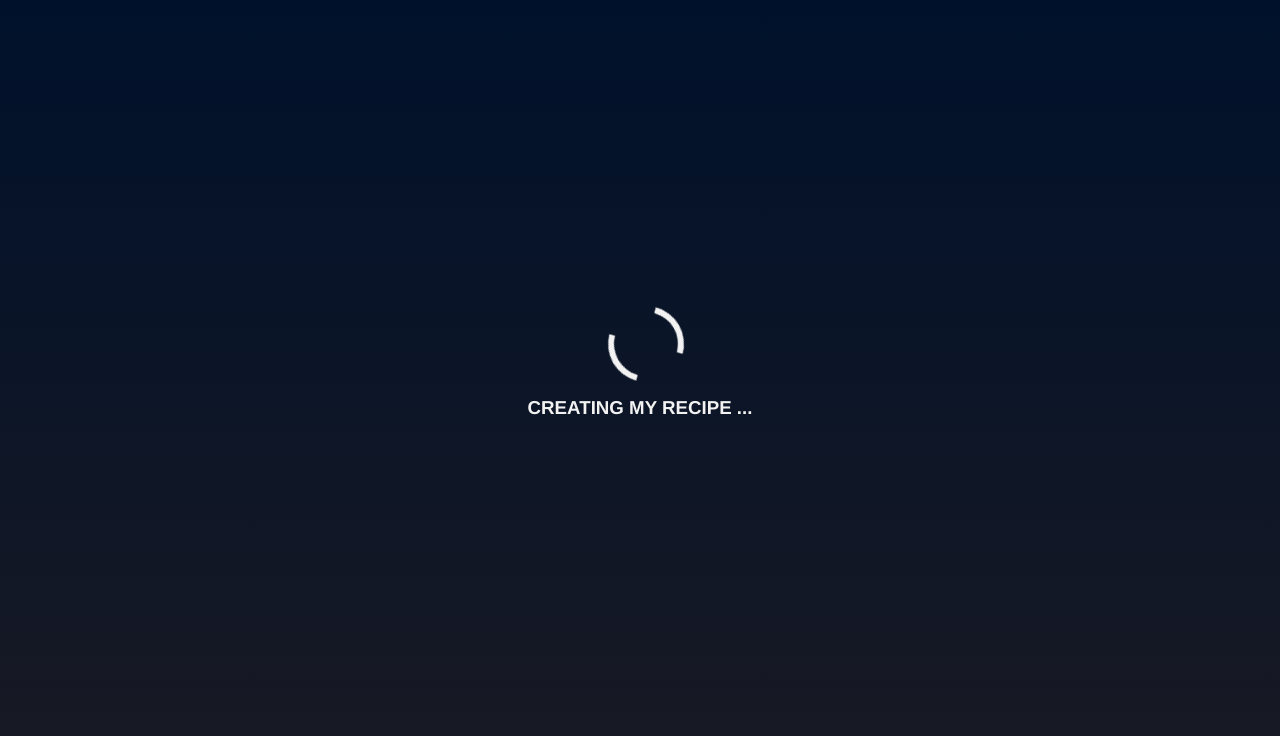
Repository: aitoraznar/eko-loading-page
Page: index.html
The author's editor kept a copy of each file at every save. The page is drawn from the files as they stood at one save, then again after the next save.
The browser window is 1280 px wide. The pictures show the whole page.

Above is the page before, as saved 2019-08-09 14:53:36.

After the next save:
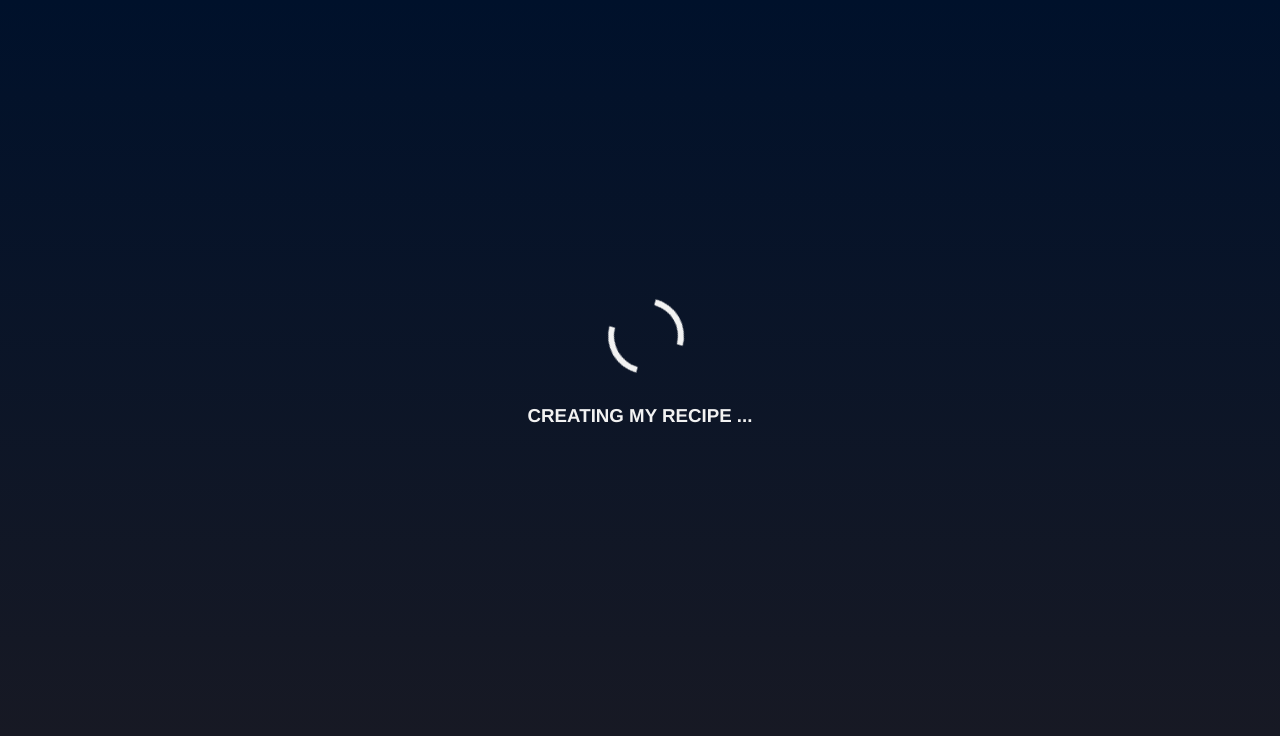
Saved 21 s later.
--- a/index.html
+++ b/index.html
@@ -30,6 +30,7 @@
 
       .loading-container .spinner {
         margin: auto;
+        margin-bottom: 1rem;
       }
 
       .loading-text {
